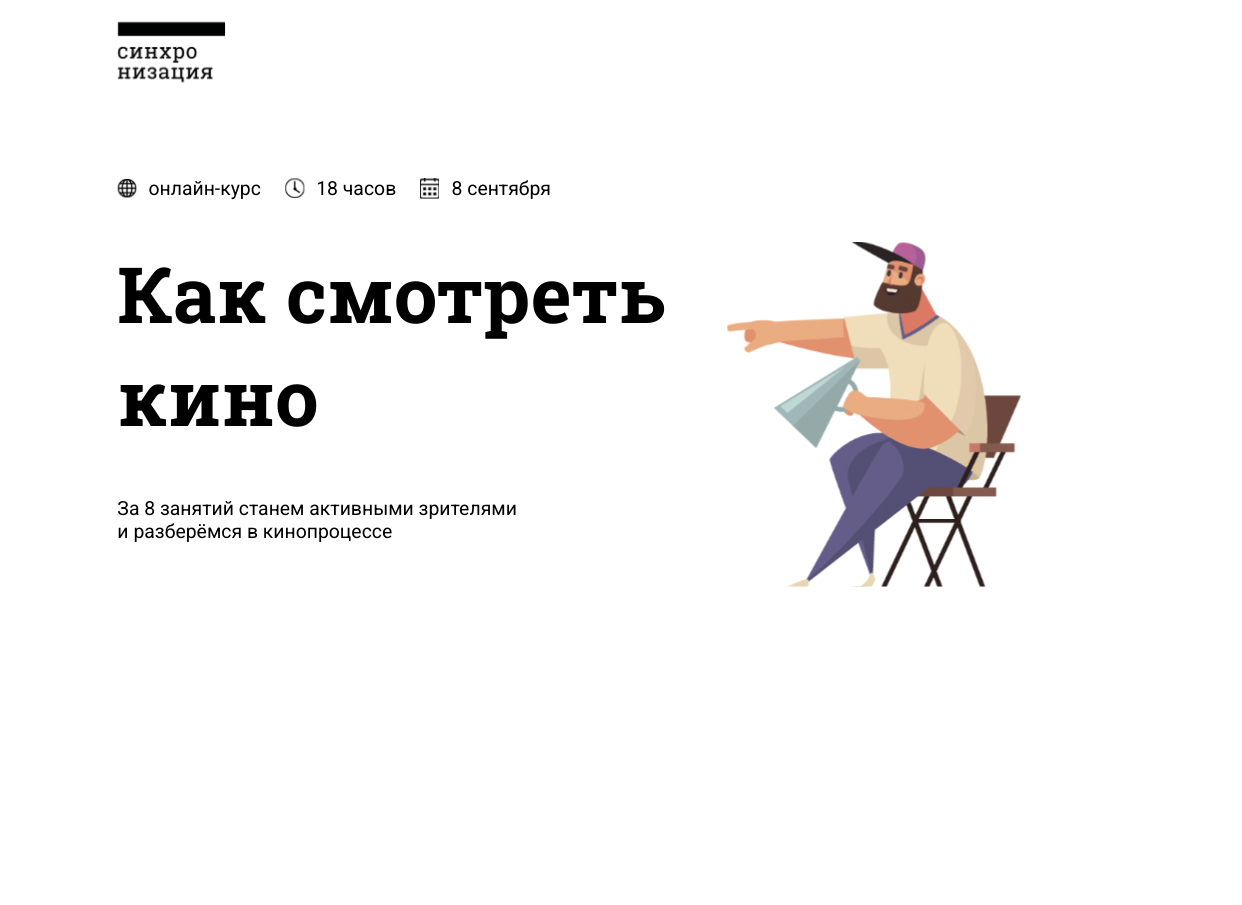
Repository: kubrazamanova/project1
Page: index.html
An editor plug-in stored every save of this project. The page is shown before and after the next save, followed by the edit.
The browser window is 1280 px wide. The pictures show the whole page, at 97% of full size.

Above is the page before, as saved 2023-09-09 13:06:15.

After the next save:
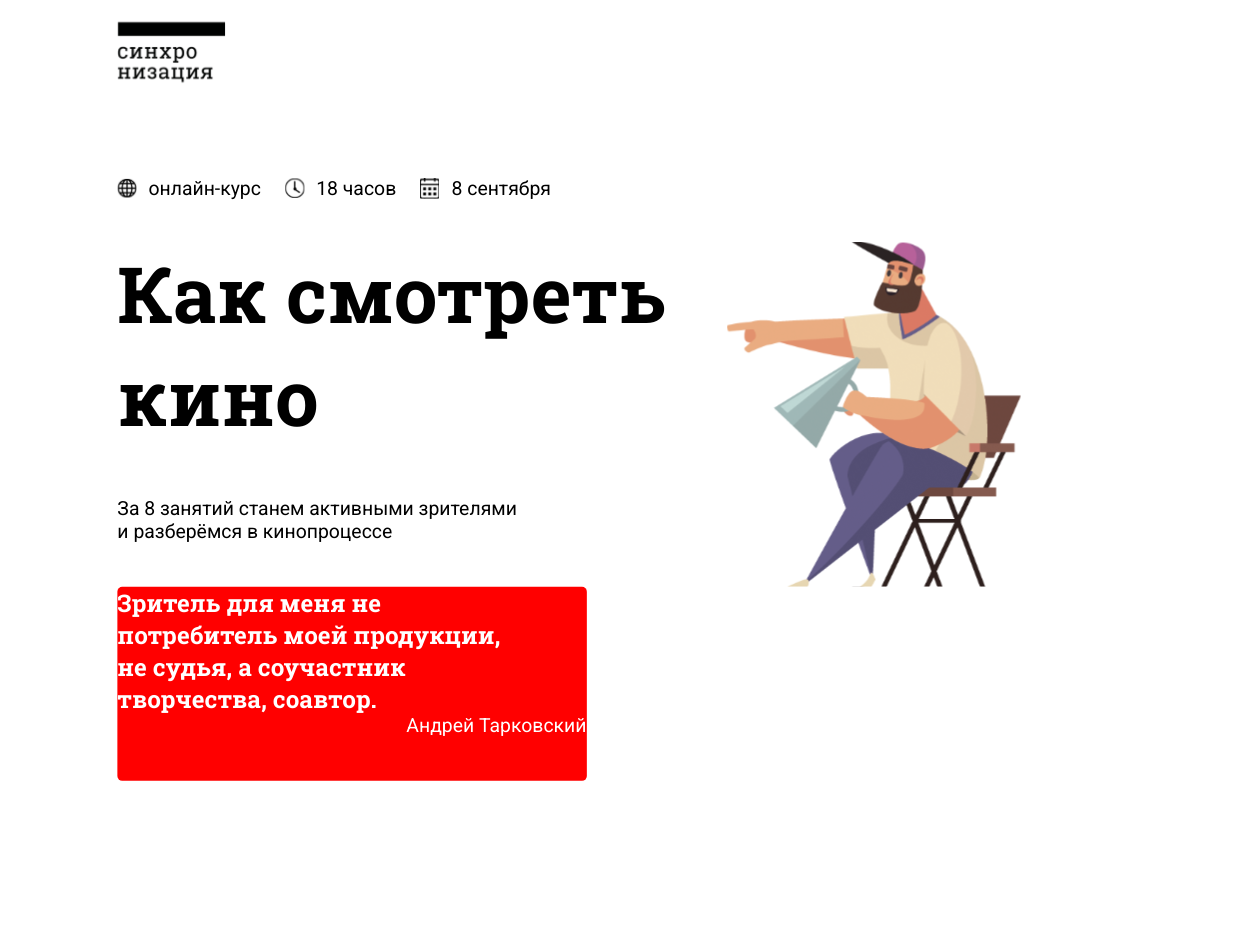
Saved 25 s later.
--- a/index.css
+++ b/index.css
@@ -60,7 +60,7 @@
   font-weight: 400;
 }
 
-.container.card-box {
+.container .card-box {
   border-radius: 5px;
   background: #1e4681;
   width: 483.635px;
